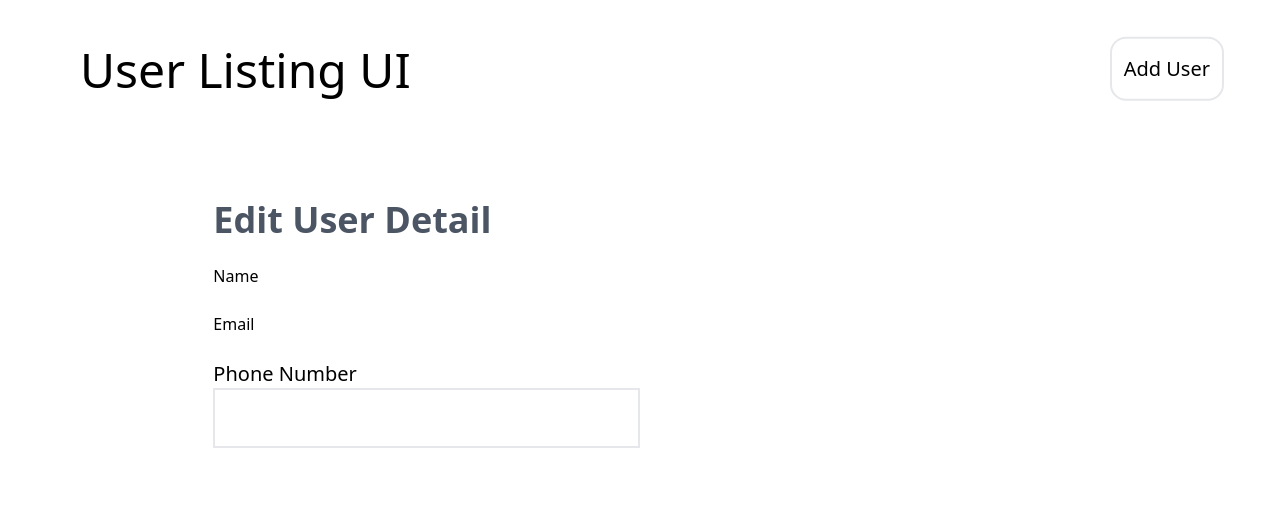
Repository: Marlstergo/listings
Page: /order (app in client/)
These files come from the project's save history. The page is drawn as it stood at one moment and after the next save; the edit follows.
The browser window is 1280 px wide. The pictures show the whole page.
The project was rebuilt for these pictures with package versions that can differ from the ones it lists, and the page was loaded fresh each time. Also part of the build but not shown: client/craco.config.js, client/src/components/Loader.js, client/src/components/UserRow.jsx, client/src/components/Home.js, client/src/components/Modal.js. Imported but missing from the stored project, and not drawn on this page: client/src/components/Base, client/src/components/Toppings.

Above is the page before, as saved 2021-07-21 15:17:33.

### client/src/index.js
/* eslint-disable no-unused-vars */
import React from "react";
import ReactDOM from "react-dom";
import "./index.css";
import App from "./App";
import reportWebVitals from "./reportWebVitals";
import { BrowserRouter as Router } from 'react-router-dom';
import { Provider } from "react-redux";
import { store } from "./redux/store";
import { PersistGate } from "redux-persist/integration/react";
import { persistor } from "./redux/store";

ReactDOM.render(
  <React.StrictMode>
    <Provider store={store}>
      <Router>
        <PersistGate persistor={persistor}>
          <App />
        </PersistGate>
      </Router>
    </Provider>
  </React.StrictMode>,
  document.getElementById("root")
);

// If you want to start measuring performance in your app, pass a function
// to log results (for example: reportWebVitals(console.log))
// or send to an analytics endpoint. Learn more: https://bit.ly/CRA-vitals
reportWebVitals();

### client/src/App.js
import React, { useState } from 'react';
import {BrowserRouter, Route, Switch, useLocation } from "react-router-dom";
import Header from './components/Header';
import Home from './components/Home';
import Base from './components/Base';
import Toppings from './components/Toppings';
import Order from './components/EditUser';
import Modal from './components/Modal';
import { AnimatePresence } from 'framer-motion';

function App() {
  const location = useLocation();
  const showModal = true;

  return (
    <>
      <Header />
      {/* <Modal showModal={showModal} /> */}
      <AnimatePresence exitBeforeEnter>
      <BrowserRouter>
        <Switch >
          <Route
          exact
          name="home"
          path="/">
            <Home />
          </Route>
          {/* <Route exact path="/createUpdateUser">
            <Toppings />
          </Route> */}
          <Route path="/order"
          exact
          name="order">
            <Order />
          </Route>

        </Switch>
        </BrowserRouter>
      </AnimatePresence>

    </>
  );
}

export default App;

### client/src/redux/store.js
import { createStore, applyMiddleware } from "redux";
import { logger } from 'redux-logger';
import {persistStore} from 'redux-persist';
// import thunk from 'redux-thunk'
import createSagaMiddleware from 'redux-saga'

import rootSaga from './root-sagas'

import rootReducer from './root-reducer';

const sagaMiddleware = createSagaMiddleware()

const middleware = [sagaMiddleware];

if( process.env.NODE_ENV === 'development'){
    middleware.push(logger)
}

export const store = createStore(rootReducer, applyMiddleware(...middleware))

sagaMiddleware.run(rootSaga)

export const persistor = persistStore(store)

export default (store, persistor);

### client/src/components/Header.js
import React from "react";
import { motion } from "framer-motion";

const svgVariants = {
  hidden: { rotate: -180 },
  visible: {
    rotate: 0,
    transition: { duration: 1 },
  },
};

const pathVariants = {
  hidden: {
    opacity: 0,
    pathLength: 0,
  },
  visible: {
    opacity: 1,
    pathLength: 1,
    transition: {
      duration: 2,
      ease: "easeInOut",
    },
  },
};

const buttonVariants = {
  show: {
    y: [0, -20],
    x: 0,
    textShadow: "0px 0px 8px rgb(255,255,255)",
    boxShadow: "0px 0px 8px rgb(255,255,255)",
    transition: {
      duration: 0.3,
      yoyo: Infinity,
      ease: 'easeOut'
    },
  },
};

const Header = () => {
  return (
    <header className="flex p-14 w-screen justify-between  items-center">
      {/* <motion.div
        className="logo"
        drag
        dragConstraints={{ left: 0, top: 0, right: 0, bottom: 0 }}
        dragElastic={0.7}
      >

      </motion.div> */}
      <motion.div
        className=" flex justify-between w-full ml-6 text-xs"
        initial={{ y: -250 }}
        animate={{ y: -10 }}
        transition={{ delay: 0.2, type: "spring", stiffness: 120 }}
      >
        <h1 className=" pb-4 text-5xl">User Listing UI</h1>
        <motion.button variants={buttonVariants} whileHover="hover"
        animate="show"
        className="text-xl border-2 px-3 rounded-2xl"
        >
          Add User
        </motion.button>
      </motion.div>
    </header>
  );
};

export default Header;

### client/src/components/EditUser.js
import React, { useEffect } from 'react';
import { motion } from 'framer-motion';

const containerVariants = {
  hidden: {
    opacity: 0,
    x: '100vw',
    transition: {
      staggerChildren: 0.5,
    }
  },
  visible: {
    opacity: 1,
    x: 0,
    transition: {
      type: 'spring',
      mass: 0.4,
      damping: 8,
      staggerChildren: 0.4,
      when: "beforeChildren",
    }
  },
};

const childVariants = {
  hidden: {
    opacity: 0,
  },
  visible: {
    opacity: 1,
  }
}

const Order = () => {


  return (
    <motion.div className="container order flex justify-center"
      variants={containerVariants}
      initial="hidden"
      animate="visible"
      exit="exit"
    >
      <div className="w-2/3 ">
        <h1 className="text-gray-600 font-semibold py-6 text-4xl">Edit User Detail</h1>

      <motion.form variants={childVariants}>
        <div className="flex flex-col">
          <label htmlFor="">Name</label>
          <input type="text" name="name" id="name" />
        </div>
        <div className="flex flex-col">
          <label htmlFor="">Email</label>
          <input type="text" name="email" id="email" />
        </div>
        <div className="flex flex-col">
          <label htmlFor="phone" className="text-xl" >Phone Number</label>
          <input type="text" name="phone" className="px-3 py-4 w-1/2 border-2" id="phone" />
        </div>
      </motion.form>
      <motion.div variants={childVariants}>

      </motion.div>
      </div>
    </motion.div>
  )
}

export default Order;

### client/src/redux/root-sagas.js
import {all, call} from 'redux-saga/effects'
import {userSagas} from './user/user.sagas'


export default function* rootSaga(){
    yield all([
        call(userSagas),
    ])
}

### client/src/redux/root-reducer.js
import {combineReducers} from 'redux'
import userReducer from './user/user.reducer'
// import cartReducer from './cart/cart.reducer'
import {persistReducer} from 'redux-persist'
import storage from 'redux-persist/lib/storage'
// import directoryReducer from './directory/directory.reducer'
// import shopReducer from './shop/shop.reducer'

const persistConfig ={
    key: 'root',
    storage,
    whitelist: ['' ]
}
const rootReducer = combineReducers({
    user: userReducer,

})
export default persistReducer(persistConfig, rootReducer)

### client/src/redux/user/user.sagas.js
import { all, call, put, takeLatest } from "redux-saga/effects";

import UserActionTypes from "./user.types";
import { loadUserDetail } from "./user.action";
// import axios from "axios";
// import { getUserDetailsURL } from "../../components/stringConstants";

export function* getDetails() {
  yield console.log("i fired");

  // try {
  //   console.log("inside try");

  //   const res = yield axios.get(getUserDetailsURL);
  //   const data = yield res.data;
  //   console.log(res);
  //   yield put(loadUserDetail(data ? data.data[0] : {}));
  // } catch (err) {
  //   console.log(err.response);
  //   if (err.response && err.response.statusText === "Not Found") {
  //     // console.log("");
  //     window.location.href = "/profile/settings?newUser=0837";
  //   }
  // }
}

export function* getUserDetails() {
  yield takeLatest(UserActionTypes.GET_USER_DETAIL, getDetails);
}
// export function* loadUserDetails(){
//     yield takeLatest(UserActionTypes.LOAD_USER_DETAIL, loadDetails)
// }

export function* userSagas() {
  yield all([call(getUserDetails)]);
}

### client/src/redux/user/user.reducer.js
import UserActionTypes from "./user.types";
const INITIAL_STATE = {
  // currentUser: null,
  userDetail: {},
  demo: 'i am demo',
  location: null

};
const userReducer = (state = INITIAL_STATE, action) => {
  switch (action.type) {

    case UserActionTypes.LOAD_USER_DETAIL:
      return {
        ...state,
        userDetail: action.payload,
      };

    case UserActionTypes.COLLECT_GEOLOCATION:
      return {
        ...state,
        location: action.payload
      }
    default:
      return state;
  }
};

export default userReducer;

### client/src/redux/user/user.types.js
const UserActionTypes ={
    GOOGLE_SIGN_IN_START : 'GOOGLE_SIGN_IN_START',
    SIGN_IN_SUCCESS : 'SIGN_IN_SUCCESS',
    SIGN_IN_FAILURE : 'SIGN_IN_FAILURE',
    GET_USER_DETAIL: 'GET_USER_DETAIL',
    LOAD_USER_DETAIL: 'LOAD_USER_DETAIL',
    COLLECT_GEOLOCATION: 'COLLECT_GEOLOCATION',
    FETCH_GEOLOCATION: 'FETCH_GEOLOCATION'
}
export default UserActionTypes;

### client/src/redux/user/user.action.js
import UserActionTypes from './user.types'



// export const googleSignInStart = () => ({
//     type: UserActionTypes.GOOGLE_SIGN_IN_START
// })

// export const signInSuccess = (user) => ({
//     type: UserActionTypes.SIGN_IN_SUCCESS,
//     payload: user
// })

export const getUserDetail = () => ({
    type: UserActionTypes.GET_USER_DETAIL,

})
export const loadUserDetail = (details) => ({
    type: UserActionTypes.LOAD_USER_DETAIL,
    payload: details
})

export const fetchGeoloction = () => ({
    type: UserActionTypes.FETCH_GEOLOCATION
})
export const collectGeolocation = (location) => ({
    type: UserActionTypes.COLLECT_GEOLOCATION,
    payload: location
})
// })

### client/tailwind.config.js
  // tailwind.config.js
  module.exports = {
    // mode:'jit',
    purge: ['./src/**/*.{js,jsx,ts,tsx}', './public/index.html'],
     darkMode: false, // or 'media' or 'class'
     theme: {
       extend: {},
     },
     variants: {
       extend: {},
     },
     plugins: [],
   }

Loaded but not shown: client/public/index.html (common file); client/src/index.css (common file); client/src/reportWebVitals.js (common file)

After the next save:
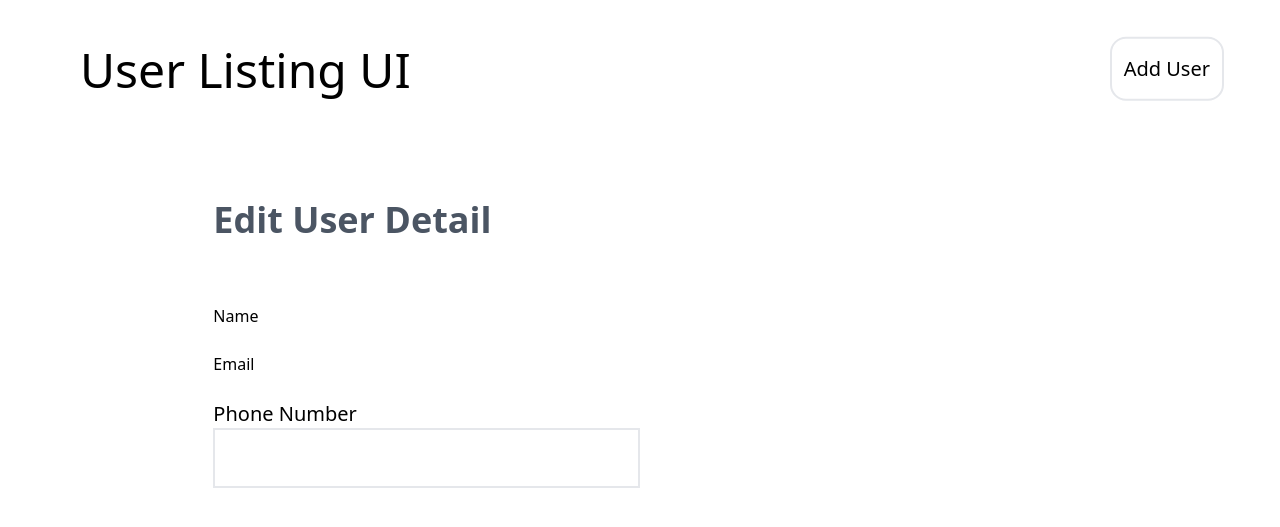
Saved 14 s later.
--- a/client/src/components/EditUser.js
+++ b/client/src/components/EditUser.js
@@ -42,7 +42,7 @@ const Order = () => {
       exit="exit"
     >
       <div className="w-2/3 ">
-        <h1 className="text-gray-600 font-semibold py-6 text-4xl">Edit User Detail</h1>
+        <h1 className="text-gray-600 font-semibold py-6 mb-10 text-4xl">Edit User Detail</h1>
 
       <motion.form variants={childVariants}>
         <div className="flex flex-col">
